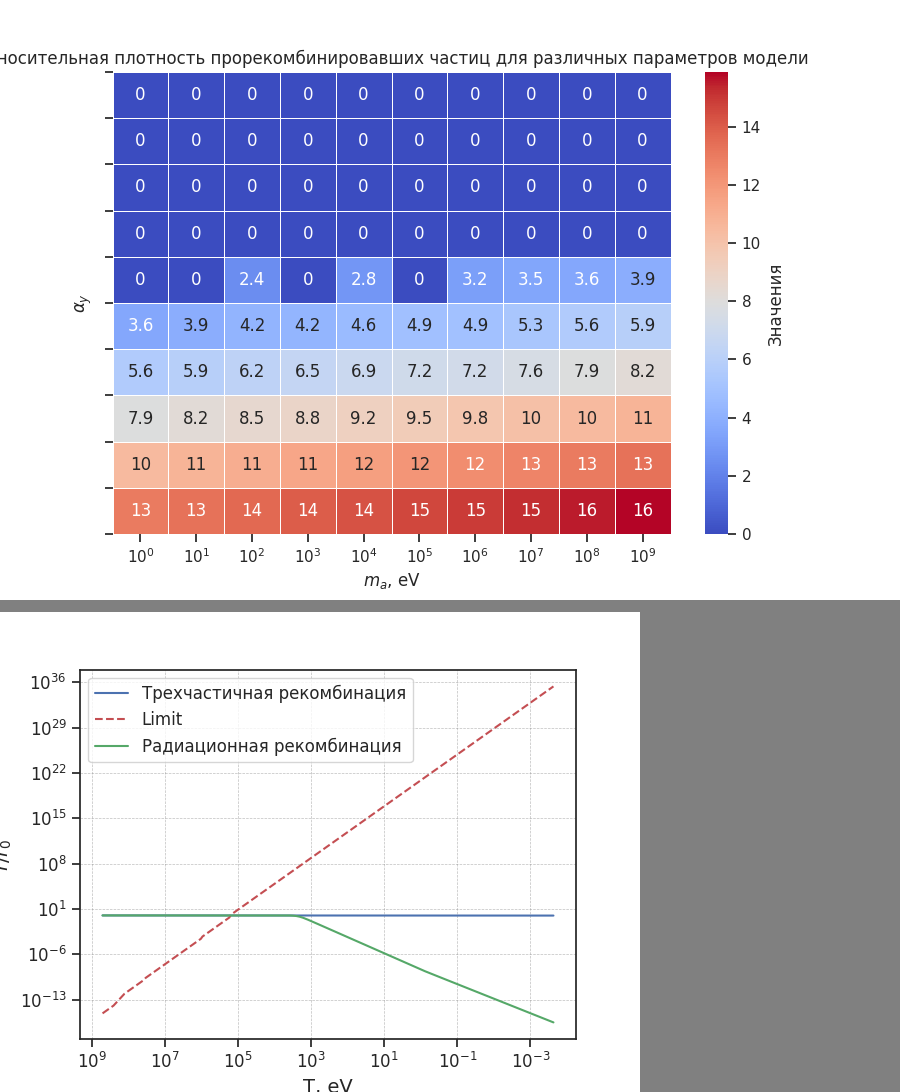
Repository: impermast/recombination
Script's output: python raschet/rec.py
An editor plug-in stored every save of this project. The script's output is shown before and after the next save, followed by the edit.
Each picture stacks the figures in order, with grey between them; figures that are only written to a file come last. Random numbers start from a fixed seed.

Above is the script's output before, as saved 2023-05-13 22:11:49.

### raschet/rec.py

from math import gamma as Gamma
import numpy as np
from numpy import sqrt as sqrt
import matplotlib.pyplot as plt
from matplotlib import colors,ticker
from scipy import integrate
import seaborn as sns
import pandas as pd


#LOGIC -- 1 download data, else generate new
logic = 1
err=10**(-2)
#consts
#E ~ eV
ma = 100*10**9 #ev
mb = 1*10**12 #ev
alpha = 1/10 #none

beta = 14/5
sigma = 8*np.pi*(alpha/ma)**2/3
r0 = 4.7*10**(-13) #r T_rec
T0 = 2.35*10**(-4) #our time
m_pl = 1.22*10**(19+9) #plank mass ev
h_md = 3.08*10**(-14)  #from artile
t_rm = 1.2             #time of rd md transition
t_mod = 4.4*10**(17+16)/(6.582) #
I = ma*alpha*alpha/2 #ev Ionisation potential
mu = ma*mb/(ma+mb)  #reduced weight
s0 = (4*np.pi)**(2/5) *np.pi* (alpha/mu)**2 #coef in kramers
kappa = 43/345
B = alpha*mu/2
Ta = 0.2*10**6*(ma/(100*10**9))**(3/2)*(1/(100*alpha))
Tny = Ta*kappa**(-1/3)/sqrt(np.pi)

def g_s(T):
    return 2+2*8*(T>200*10**6)+ 7/8*(2*2*(T>0.5/3*10**6))+ 2*2*(T>100/3*10**6) + 2*2*(T>2/3*10**9) + 2*1*3*(T>=10**6)+2*1*3*4/11*(T<10**6)+ 2*2*3*2*(T>200*10**6) + 2*2*3*(T>200*10**6) + 2*2*3*(T>1.8/3*10**9) + 2*2*3*(T>4.5/3*10**9)+ 7/8*2*2*3*(T>171/3*10**9)
def g_e(T):
    return 2+2*8*(T>200*10**6)+ 7/8*(2*2*(T>0.5/3*10**6))+ 2*2*(T>100/3*10**6) + 2*2*(T>2/3*10**9) + 2*1*3*(T>=10**6)+ 2*1*3*(4/11)**(4/3)*(T<10**6)+ 2*2*3*2*(T>200*10**6) + 2*2*3*(T>200*10**6) + 2*2*3*(T>1.8/3*10**9) + 2*2*3*(T>4.5/3*10**9)+ 7/8*2*2*3*(T>171/3*10**9)


def H(t):
    # Hubble const on RD and MD from temperature
    if t < t_rm:
        #MD
        return h_md/m_pl**(1/2)
    else:
        return 5.5*np.sqrt(g_e(t_rm)/11)/m_pl


def lim_3b(x):
    """
    Function that calculs limit on 3body recombination density

    x(list):    Temperature of O-fotons

    return list of density of unrecombined particles
    """
    r_pit = (Ta**2/(x**4)) / ((4*np.pi*alpha)**3 *r0*(2*np.pi**2*g_s(x)/45)*sqrt(ma/mb))
    return r_pit

def graph(T,r1,r2,rlim):
    # graphplotter used to plot r(T) graphs
    fig, ax = plt.subplots(1,1)
    ax.plot(T,r1,'b',label ="Трехчастичная рекомбинация")
    ax.plot(T,rlim, "--r",label ="Limit")
    ax.plot(T,r2,'g', label ="Радиационная рекомбинация")
    ax.set_xlabel('T, eV', fontsize=14)
    ax.set_ylabel(r'$r/r_0$', fontsize=14, fontweight='bold')
    ax.tick_params(labelsize=12)
    ax.grid(color='gray', linestyle='--', linewidth=0.5, alpha=0.5)
    ax.legend(fontsize=12)
    ax.invert_xaxis()
    plt.semilogx()
    plt.semilogy()
    plt.show()

def heatplot(df):
    # heatplot of maximal denity for different model parameters
    sns.set_theme(style="dark")
    sns.set_style("ticks")
    fig, ax = plt.subplots(figsize=(9, 6))
    sns.heatmap(df, annot=True, linewidths=.5, ax=ax, cmap='coolwarm', cbar_kws={'label': 'Значения'})
    ax.set(xlabel=r'$m_a$, eV', ylabel=r'$\alpha_y$', title='Относительная плотность прорекомбинировавших частиц для различных параметров модели')
    ax.xaxis.set_major_formatter(ticker.FuncFormatter(lambda x, pos: f'$10^{{{(x-0.5):.0f}}}$'))
    ax.yaxis.set_major_locator(ticker.MaxNLocator(integer=True))
    plt.xticks(rotation=0)

    # Add contour lines
    # x = np.arange(df.shape[1])
    # y = np.arange(df.shape[0])
    # X, Y = np.meshgrid(x, y)
    # levels = np.linspace(df.values.min(), df.values.max(), 10)
    # CS = ax.contour(X + 0.5, Y + 0.5, df.values, levels, colors='k')
    # ax.clabel(CS, inline=True, fontsize=10, fmt='%1.1f')
    # plt.show()

def kriteria(alp_range,m_range):
    """
    Creation of dataframe of maximal density of recombined particles from different alpha and ma (model parameters)

    dens(list):  2D massive of density data
    alp_range(list):    1D list of parameters alpha
    m_range(list):      1D list of electron mass parameter
    krit(list):         1D list of density, that used to find point where limit and 3body recombination density are equal

    create csv file of dataframe
    """
    dens = [0]*len(alp_range)
    dens1 = []
    k=0
    for alpha in alp_range:
        for ma in m_range:
            [T,rk,r3,rc,rlim] = calc(alpha,ma,mb)
            krit=[i for i, j in zip(r3, rlim) if abs(i-j)<err and i<0.1]
            try: dens1.append(float(-np.log(krit[-1])))
            except IndexError: dens1.append(0)
        dens[k]=dens1
        dens1=[]
        print("At ",k+1,"  itteration")
        k+=1
    df = pd.DataFrame(dens, index=alp_range,columns=m_range)
    df.to_csv('data.csv')

def calc(alpha,ma,mb):
    """
    Calculates the temperature-dependent rates for various processes.

    Args:
        I (float): Initial temperature of photons.
        T0 (float): Present-day temperature of photons.
        kappa (float): Ratio of photon number density to baryon number density.
        lim_3b (function): Function that calculates the three-body rate limit.
        t_rm (float): Time of radiation-matter equality.
        alpha (float): Fine-structure constant.
        ma (float): Mass of electron.
        mb (float): Mass of baryon.
        beta (float): Power law index.
        g_s (function): Function that calculates the entropy degrees of freedom.
        s0 (float): Present-day entropy density.
        m_pl (float): Planck mass.
        mu (float): Ratio of proton mass to electron mass.

    Returns:
        list: A list containing the temperature-dependent rates for various processes.
    """
    T = [] # Temperature of photons
    z = [] #redshift
    rk = [] # r for kramerz

    #after decouple of dphoton
    i = 0
    T = [(I)]
    z = [T[i]/T0 -1]
    rk = [1] #initial r=1 Kramers case
    r3b = [1] #3body case
    rcl = [1] #classical
    rlim =[lim_3b(T[i])] #pitevski lim

    #until O-photons decouple
    while T[i]>(I/10)*kappa**(-1/3):
        i = i+1
        T = T + [T[i-1]/2]
        rk = rk + [1]
        r3b = r3b+[1]
        rcl = rcl+[1]
        rlim = rlim + [lim_3b(T[i])]
        z.append(T[i]/T0 -1)

    # until RD MD transition
    j = i
    while T[i]>t_rm:
        i=i+1
        T = T + [T[i-1]*0.9]
        z.append(T[i]/T0 -1)
        rk = rk + [(1+4.71*10**8*r0*((np.log(np.sqrt(I*Ta/T[i])))**2-(np.log(np.sqrt(I*Ta/T[j])))**2))**(-1)]
        D = (2*np.pi**2*g_s(T[i])/45)**2 * (4*np.pi*alpha)**5 * (2*np.sqrt(ma)*Ta**(9/2)/mb) / H(T[i])
        r3b = r3b + [(1+ D*2/5*r0*r0*(T[i]**(-5)-I**(-5)))**(-1/2)]

        Dcl = Gamma(2-beta/2)*g_s(T[i])*s0*m_pl*(mu*Ta)**((beta-1)/2)/ ((beta-2)*2**((beta-3)/2)*np.sqrt(45*g_s(T[j])))
        rcl = rcl + [(1+Dcl*r0*(T[i]**(2-beta)-T[j]**(2-beta)))**(-1)]
        rlim = rlim + [lim_3b(T[i])]

    #until now
    j=i
    rk_rm=rk[j]
    r3b_rm = r3b[j]
    while T[i]>T0:
        i=i+1
        T = T + [T[i-1]*0.99]
        z.append(T[i]/T0 -1)
        rk = rk + [rk_rm*(1+1.7*10**9*rk_rm*r0*(T[j]**0.5*(np.log(np.sqrt(I*Ta/T[j]))+2)-T[i]**0.5*(np.log(np.sqrt(I*Ta/T[i]))+2)))**(-1)]
        D = (2*np.pi**2*g_s(T[i])/45)**2 * (4*np.pi*alpha)**5 * (2*np.sqrt(ma)*Ta**(9/2)/mb) / H(T[i])
        r3b = r3b +[r3b_rm*(1+D*r3b_rm*r3b_rm*r0*r0* 4/9 * (T[i]**(-9/2)-T[j]**(-9/2)))**(-1/2)]
        Dcl = Gamma(2-beta/2)*g_s(T[i])*s0*m_pl*(mu*Ta)**((beta-1)/2)/ ((beta-2.5)*2**((beta-3)/2)*np.sqrt(45*g_s(T[j])))/np.sqrt(t_rm)
        rcl = rcl + [rcl[j]*(1+Dcl*rcl[j]*r0*(T[i]**(2.5-beta)-T[j]**(2.5-beta)))**(-1)]
        rlim = rlim + [lim_3b(T[i])]

    return [T,rk,r3b,rcl,rlim]

def main():
    alp_range = np.logspace(-1,3,10)
    m_range = np.logspace(16,21,10)
    if logic == 1:
        try:
            df = pd.read_csv('data.csv')
        except FileNotFoundError:
            print(u'Saved data not found')
            df = kriteria(alp_range,m_range)
    else:
        kriteria(alp_range,m_range)

    df = pd.read_csv('data.csv', index_col=0)
    heatplot(df)
    print(df)

    [T,rk,r3,rcl,rlim] = calc(alpha,ma,mb)
    graph(T,rk,r3,rlim)
main()

After the next save:
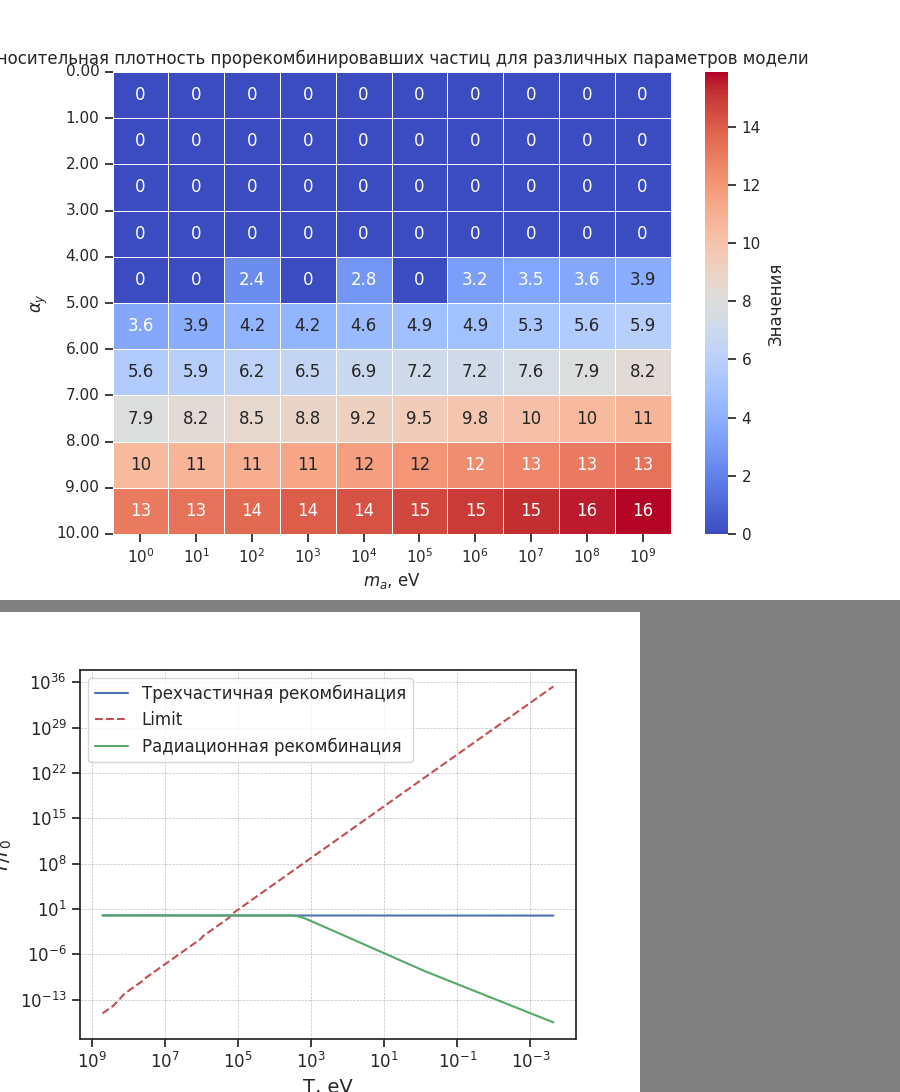
Saved 30 s later.
--- a/raschet/rec.py
+++ b/raschet/rec.py
@@ -84,6 +84,7 @@ def heatplot(df):
     sns.heatmap(df, annot=True, linewidths=.5, ax=ax, cmap='coolwarm', cbar_kws={'label': 'Значения'})
     ax.set(xlabel=r'$m_a$, eV', ylabel=r'$\alpha_y$', title='Относительная плотность прорекомбинировавших частиц для различных параметров модели')
     ax.xaxis.set_major_formatter(ticker.FuncFormatter(lambda x, pos: f'$10^{{{(x-0.5):.0f}}}$'))
+    ax.yaxis.set_major_formatter(ticker.FormatStrFormatter('%1.2f'))
     ax.yaxis.set_major_locator(ticker.MaxNLocator(integer=True))
     plt.xticks(rotation=0)
 
